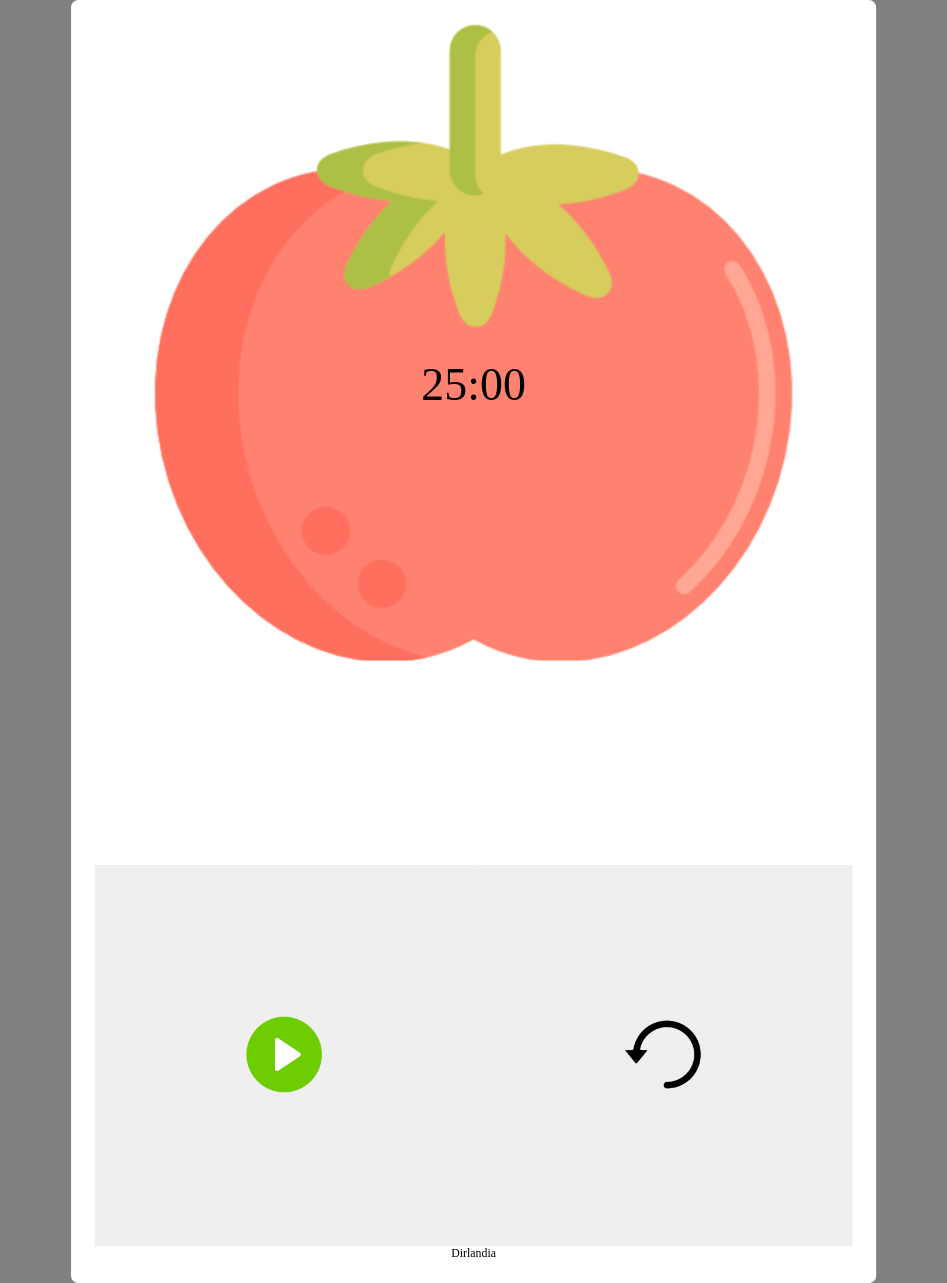
Repository: Dirlandia404/pomodoro
Page: /
An editor plug-in stored every save of this project. The page is shown before and after the next save, followed by the edit.
The browser window is 1280 px wide. The pictures show the whole page, at 74% of full size.
The project was rebuilt for these pictures with package versions that can differ from the ones it lists, and the page was loaded fresh each time.

Above is the page before, as saved 2021-11-25 00:07:12.

After the next save:
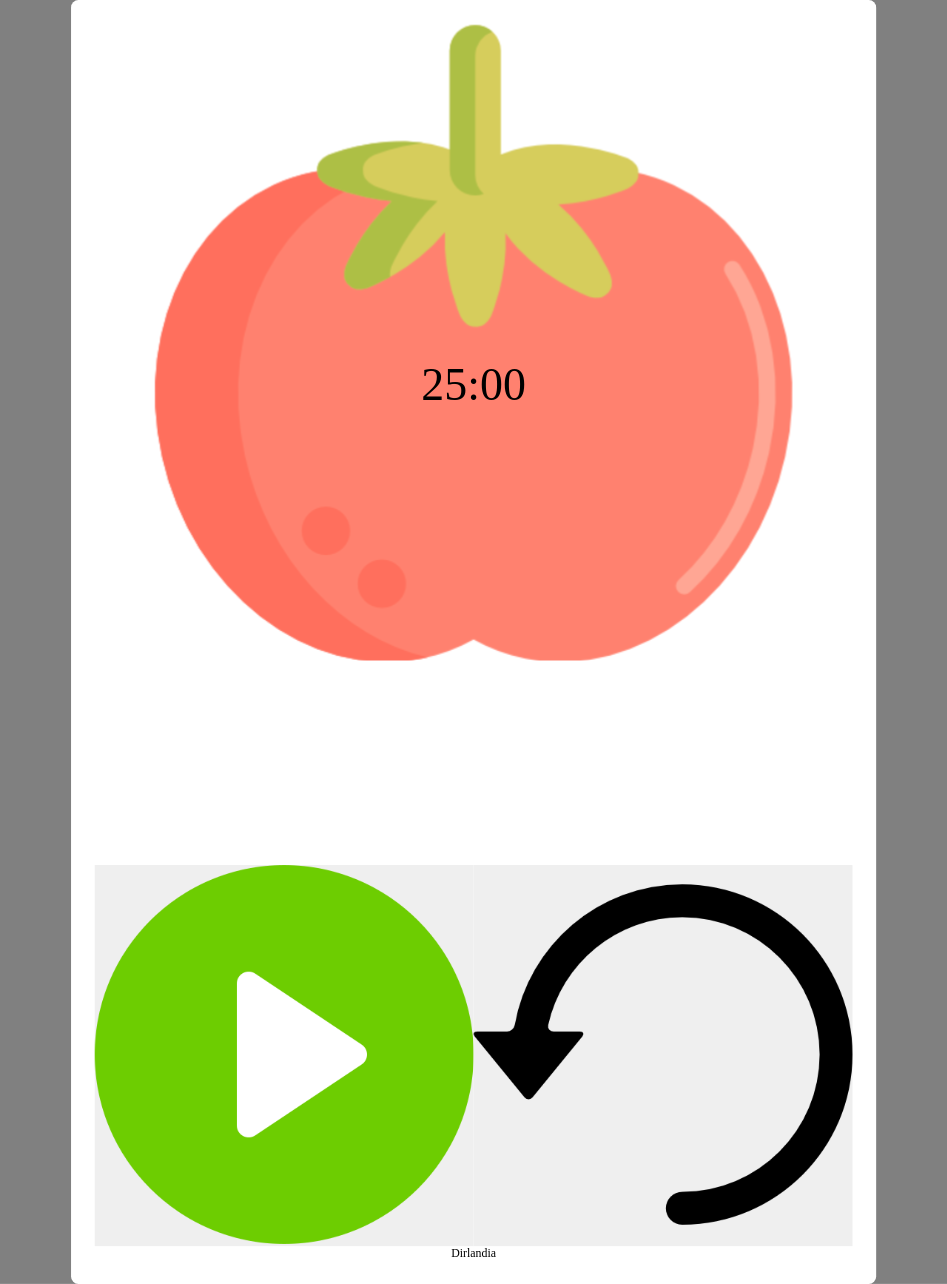
Saved 10 s later.
--- a/src/componentes/componente.css
+++ b/src/componentes/componente.css
@@ -42,7 +42,6 @@
     align-items: center;
 }
 button{
-    padding: 20%;
     margin-top: 50%;
     width: 50%;
 

After the save that followed:
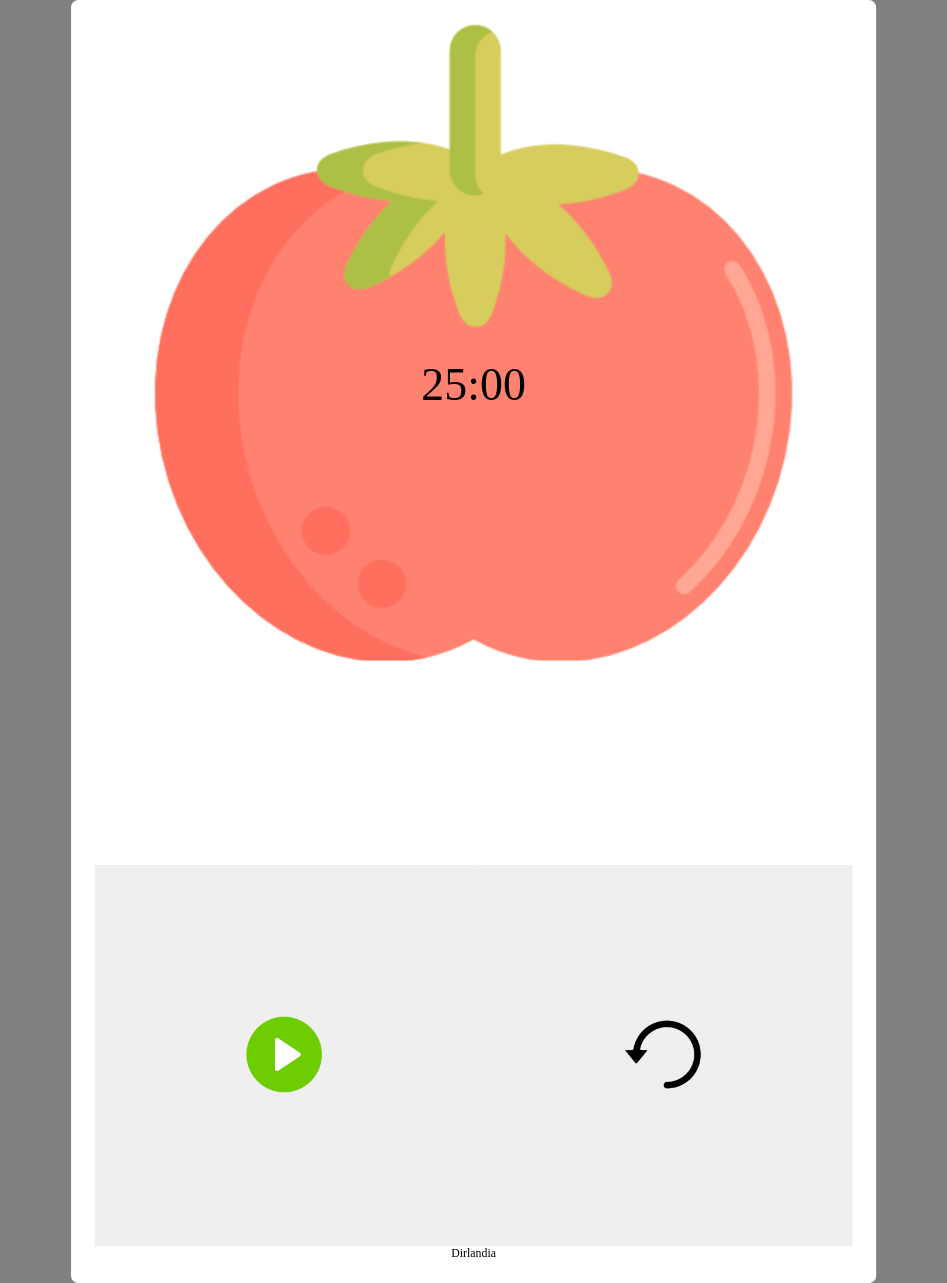
Saved 5 s later.
--- a/src/componentes/componente.css
+++ b/src/componentes/componente.css
@@ -42,6 +42,7 @@
     align-items: center;
 }
 button{
+    padding: 20%;
     margin-top: 50%;
     width: 50%;
 
